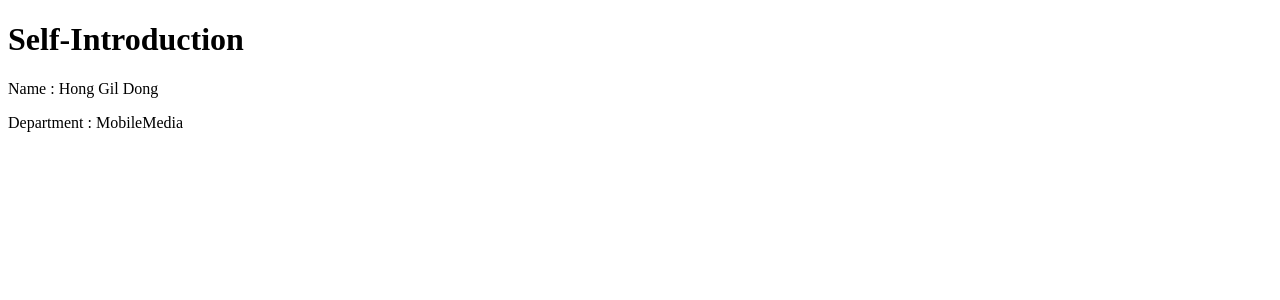
Repository: freedomseok8047/jsp
Page: http://localhost/HelloJSP/hello2.jsp
The author's editor kept a copy of each file at every save. The page is drawn from the files as they stood at one save, then again after the next save.
The browser window is 1280 px wide. The pictures show the whole page.
The page is served by Tomcat 9.

Above is the page before, as saved 2023-08-22 02:29:01.

After the next save:
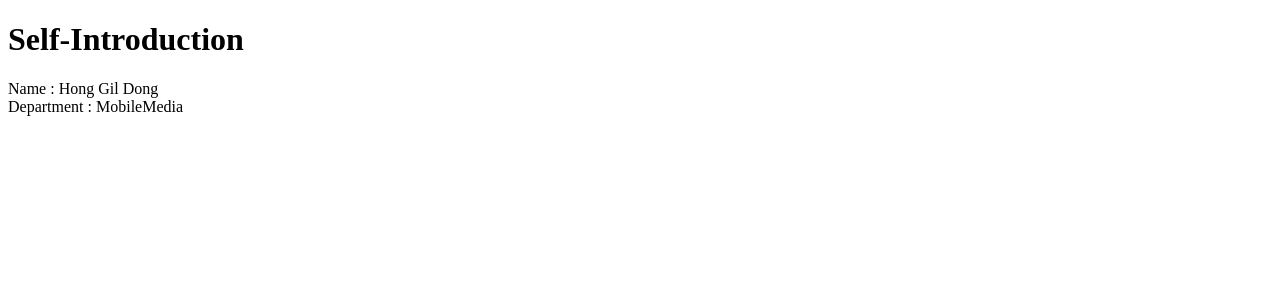
Saved 78 s later.
--- a/HelloJSP/src/main/webapp/hello2.jsp
+++ b/HelloJSP/src/main/webapp/hello2.jsp
@@ -8,7 +8,7 @@
 </head>
 <body>
 <h1>Self-Introduction</h1>
-<p>Name : Hong Gil Dong</p>
-<p>Department : MobileMedia</p>
+<p>Name : Hong Gil Dong<br>
+Department : MobileMedia</p>
 </body>
 </html>
